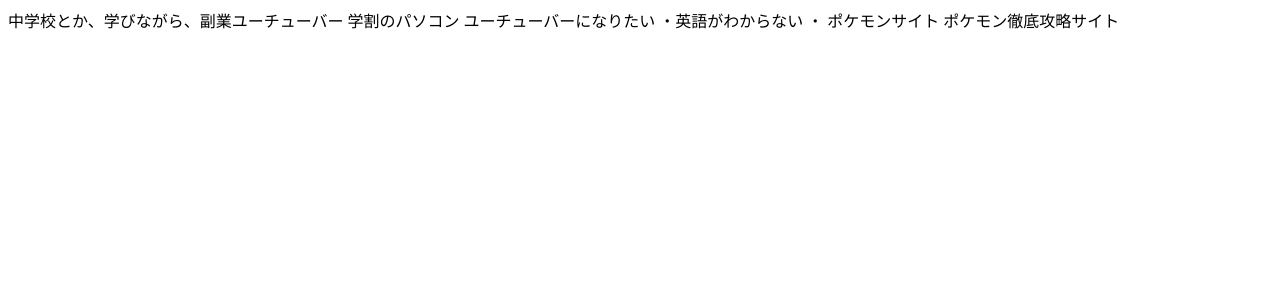
Repository: KustomApe/ksie
Page: test.html
An editor plug-in stored every save of this project. The page is shown before and after a run of saves, followed by the edit.
The browser window is 1280 px wide. The pictures show the whole page.

Above is the page before, as saved 2021-04-10 14:04:49.

After the next 2 saves:
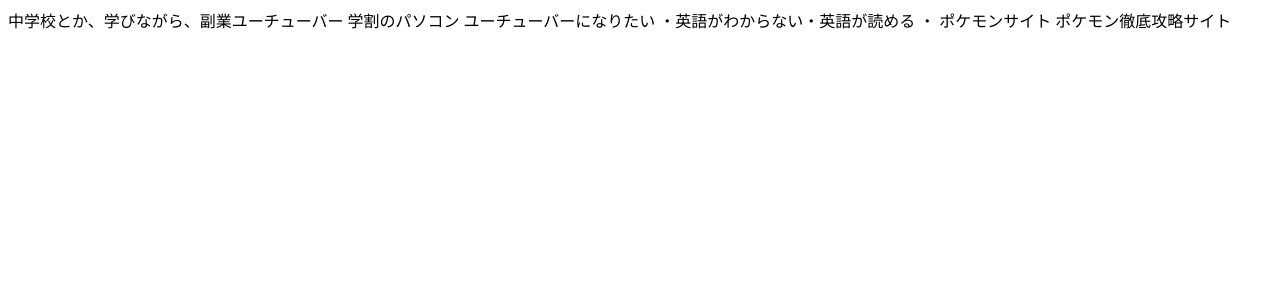
The 2 saves are shown as one change because they came seconds apart.
The last was saved 9 s later.
--- a/test.html
+++ b/test.html
@@ -2,8 +2,9 @@
 学割のパソコン
 ユーチューバーになりたい
 
-・英語がわからない
+・英語がわからない・英語が読める
 ・
+
 
 ポケモンサイト
 ポケモン徹底攻略サイト
